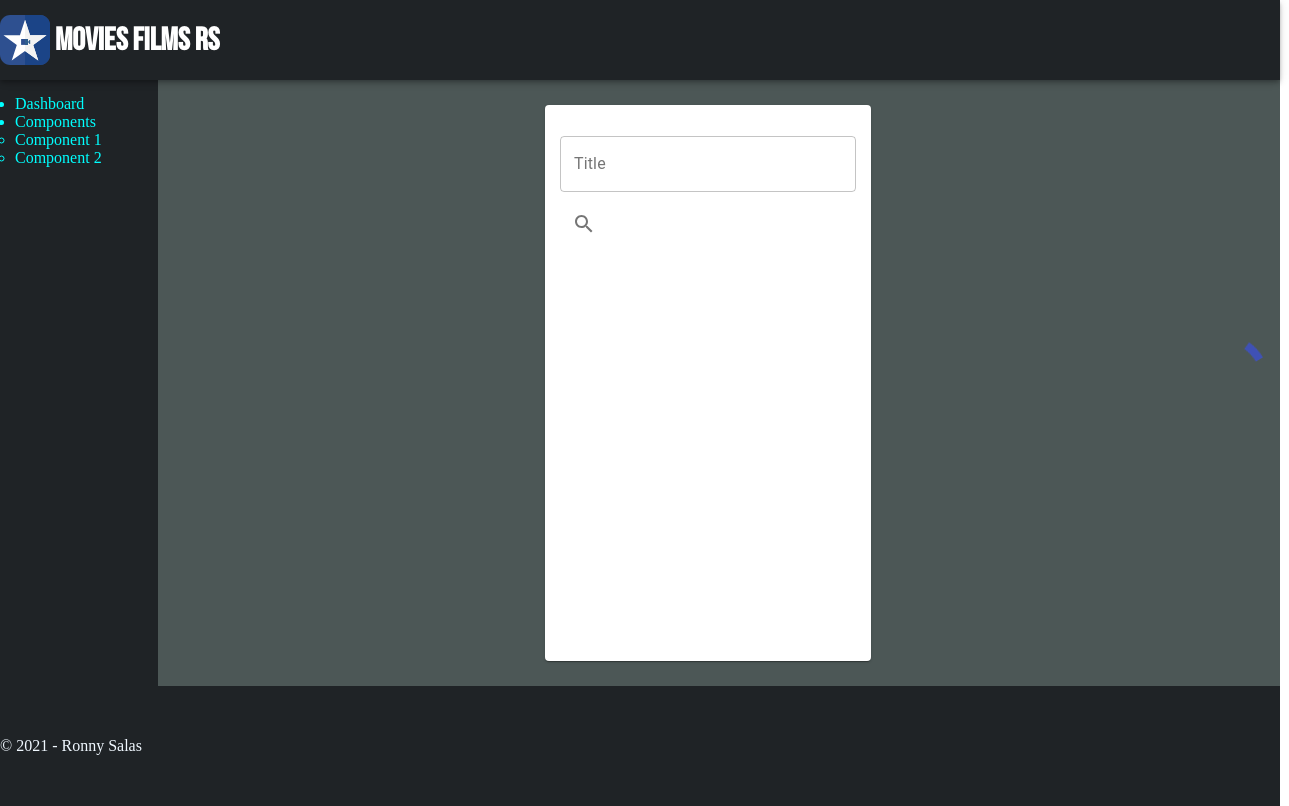
Repository: ronnysalas459/assigment-2
Page: /
These files come from the project's save history. The page is drawn as it stood at one moment and after the next save; the edit follows.
The browser window is 1280 px wide. The page is 1289 px wide, so the pictures cover 1289 px, including what lies to the right of the window. The pictures show the whole page.
The page's requests for data from a server got no answer. The project was rebuilt for these pictures with package versions that can differ from the ones it lists, and the page was loaded fresh each time. No one was signed in, and anything a server would have sent is missing. Also part of the build but not shown: src/contexts/DetailsContext.js, src/components/Common/ButtonPrimary.js, src/components/Films/Movie.js, src/components/Common/Messages.js, src/components/Films/Movies.js, src/components/Details/index.js, src/components/NotFound/index.js.

Above is the page before, as saved 2021-08-30 19:41:14.

After the next save:
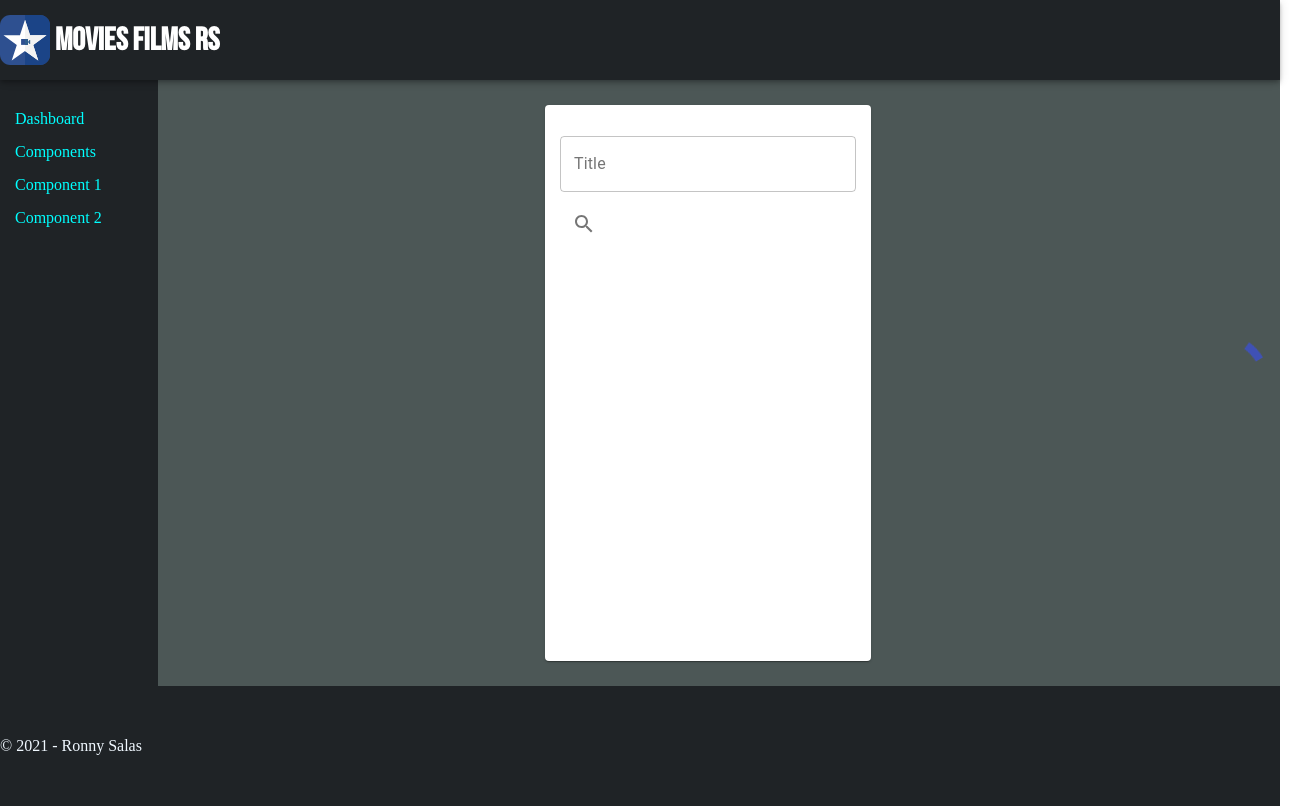
Saved 46 s later.
--- a/src/assets/css/styles.css
+++ b/src/assets/css/styles.css
@@ -118,6 +118,18 @@ footer p {
   justify-content: center;
   align-items: center;
 }
+ul {
+	list-style-type: none;
+	padding: 0;
+}
+
+li {
+	margin-top: 15px;
+}
+
+a {
+	text-decoration: none;
+}
 
 .buttonPrimary,
 .message,
